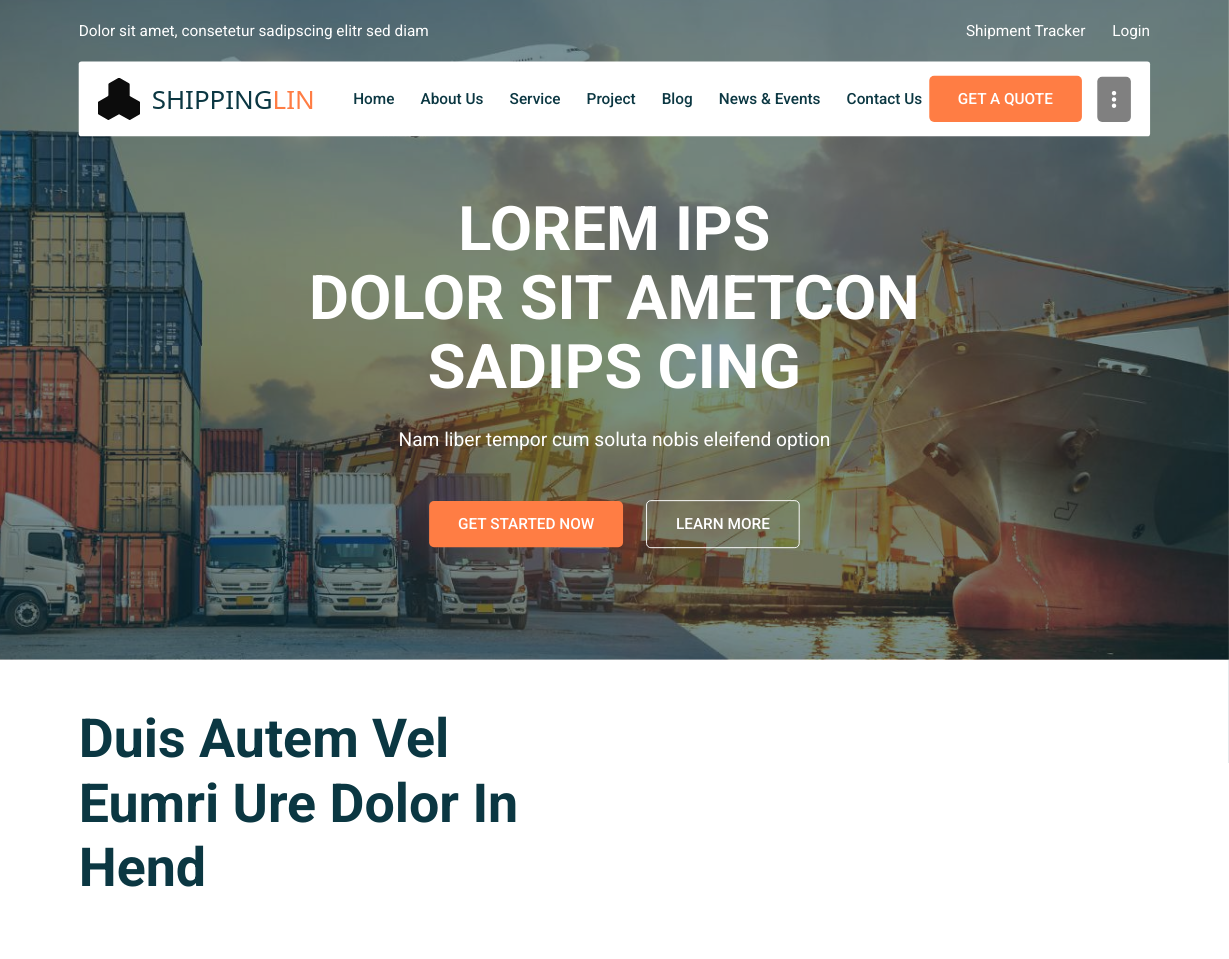
Repository: nazmulalok/shipping-template
Page: index.html
An editor plug-in stored every save of this project. The page is shown before and after the next save, followed by the edit.
The browser window is 1280 px wide. The pictures show the whole page, at 96% of full size.

Above is the page before, as saved 2022-10-03 16:58:21.

### index.html
<!DOCTYPE html>
<html lang="en">

    <head>
        <meta charset="UTF-8">
        <meta http-equiv="X-UA-Compatible" content="IE=edge">
        <meta name="viewport" content="width=device-width, initial-scale=1.0">
        <link rel="preconnect" href="https://fonts.googleapis.com">
        <link rel="preconnect" href="https://fonts.gstatic.com" crossorigin>
        <link
            href="https://fonts.googleapis.com/css2?family=Roboto:ital,wght@0,300;0,400;0,500;0,700;0,900;1,300;1,400;1,500;1,700;1,900&display=swap"
            rel="stylesheet">
        <link rel="stylesheet" href="https://cdnjs.cloudflare.com/ajax/libs/font-awesome/6.2.0/css/all.min.css"
            integrity="sha512-xh6O/CkQoPOWDdYTDqeRdPCVd1SpvCA9XXcUnZS2FmJNp1coAFzvtCN9BmamE+4aHK8yyUHUSCcJHgXloTyT2A=="
            crossorigin="anonymous" referrerpolicy="no-referrer" />
        <link href="https://cdn.jsdelivr.net/npm/bootstrap@5.2.1/dist/css/bootstrap.min.css" rel="stylesheet"
            integrity="sha384-iYQeCzEYFbKjA/T2uDLTpkwGzCiq6soy8tYaI1GyVh/UjpbCx/TYkiZhlZB6+fzT" crossorigin="anonymous">
        <link rel="stylesheet" href="style.css">
        <title>Document</title>
    </head>

    <body>
        <header class="header-top">
            <div class="container">
                <div class="top-bar">
                    <p class="m-0">Dolor sit amet, consetetur sadipscing elitr sed diam</p>
                    <div>
                        <span class="me-4">Shipment Tracker</span>
                        <span>Login</span>
                    </div>
                </div>
                <div class="header-area">
                    <div class="logo">
                        <img src="images/box.svg" alt="Logo Box" class="me-2">
                        <img src="images/shipping-logo.svg" alt="Shipping Logo">
                    </div>
                    <nav>
                        <ul>
                            <li><a href="#">Home</a></li>
                            <li><a href="#">About Us</a></li>
                            <li><a href="#">Service</a></li>
                            <li><a href="#">Project</a></li>
                            <li><a href="#">Blog</a></li>
                            <li><a href="#">News & Events</a></li>
                            <li><a href="#">Contact Us</a></li>
                        </ul>
                    </nav>
                    <div class="nav-btn">
                        <a class="common-btn me-3" href="#">Get A Quote</a>
                        <i class="fa-solid fa-ellipsis-vertical"></i>
                    </div>
                </div>
            </div>
        </header>
        <!-- Slider -->
        <section>
            <div class="main-slider">
                <div class="container">
                    <div class="slide-content">
                        <div class="slide-text">
                            <div class="slider-title mb-4">Lorem ips<br>
                                dolor sit ametcon<br>
                                sadips cing</div>
                            <p>Nam liber tempor cum soluta nobis eleifend option</p>
                            <div class="sliderBtn mt-5"><a class="common-btn me-4" href="#">Get Started Now</a><a
                                    class="common-btn outline-btn" href="#">Learn More</a></div>
                        </div>
                    </div>
                </div>
            </div>
        </section>
        <!-- Slider Ends -->
        <div class="common-sec">
            <div class="container">
                <div class="row align-items-center">
                    <div class="col-lg-6">
                        <h1>Duis Autem Vel Eumri
                            Ure Dolor In Hend</h1>
                    </div>
                    <div class="col-lg-6"></div>
                </div>
            </div>
        </div>














        <script src="https://cdn.jsdelivr.net/npm/@popperjs/core@2.11.6/dist/umd/popper.min.js"
            integrity="sha384-oBqDVmMz9ATKxIep9tiCxS/Z9fNfEXiDAYTujMAeBAsjFuCZSmKbSSUnQlmh/jp3"
            crossorigin="anonymous"></script>
        <script src="https://cdn.jsdelivr.net/npm/bootstrap@5.2.1/dist/js/bootstrap.min.js"
            integrity="sha384-7VPbUDkoPSGFnVtYi0QogXtr74QeVeeIs99Qfg5YCF+TidwNdjvaKZX19NZ/e6oz"
            crossorigin="anonymous"></script>
    </body>

</html>

### style.css
/* Common CSS Starts*/
* {
    margin: 0;
    padding: 0;
}

:root {
    --main-color: #FF7D44;
    --secondary-color: #0B3742;
    --tertiary-color: #FFFFFF;
}

body {
    font-family: 'Roboto', sans-serif;
}

* {
    box-sizing: border-box;
}

a.white-space {
    white-space: nowrap;
}

/* Common CSS Ends */

/* slider style starts */

.main-slider>* {
    z-index: 10;
}

.main-slider {
    background: url(images/shipping-banner.jpg);
    height: 700px;
    width: 100%;
    background-size: cover;
    background-repeat: no-repeat;
    background-position: center;
    position: relative;
    display: flex;
    align-items: center;
    transition: all 1s;
    margin-top: -155px;
    z-index: 50;
}

.main-slider:before {
    content: '';
    width: 100%;
    height: 100%;
    top: 0;
    left: 0;
    position: absolute;
    background-color: rgb(11 55 66 / 55%);
    z-index: 1;
}

.slide-content {
    text-align: center;
}

.slide-text {
    color: var(--tertiary-color);
    padding-top: 100px;
}

.slider-title {
    font-size: 4rem;
    font-weight: 600;
    line-height: 4.5rem;
    text-transform: uppercase;
}

.slide-text p {
    font-size: 20px;
}

a.common-btn {
    display: inline-block;
    text-decoration: none;
    color: var(--tertiary-color);
    background: var(--main-color);
    padding: 12px 30px;
    border-radius: 5px;
    font-size: 16px;
    font-weight: 500;
    text-transform: uppercase;
    transition: all 1s ease;
}

a.common-btn:hover {
    background: var(--tertiary-color);
    color: var(--secondary-color);
}

a.common-btn.outline-btn {
    background: transparent !important;
    border: 1px solid var(--tertiary-color);
}

a.common-btn.outline-btn:hover {
    background: var(--tertiary-color) !important;
}

/* Header style starts */

.header-top {
    z-index: 100;
    background: transparent;
    position: relative;
}

.top-bar,
.header-area {
    display: flex;
    justify-content: space-between;
    align-items: center;
    color: var(--tertiary-color);
}

.top-bar {
    padding: 20px 0px;
}

.header-area {
    background: var(--tertiary-color);
    padding: 15px 20px;
    border-radius: 3px;
}

nav ul {
    list-style-type: none;
    color: var(--secondary-color);
    display: flex;
    gap: 1.7rem;
    margin: 0;
}

nav ul a {
    color: var(--secondary-color);
    text-decoration: none;
    font-size: 16px;
    font-weight: 500;
    transition: all 0.5s;
}

nav ul a:hover {
    color: var(--main-color);
    transition: all 0.5s;
}

.nav-btn {
    align-items: center;
    display: flex;
}

.nav-btn i {
    color: var(--tertiary-color);
    font-size: 21px;
    background: gray;
    padding: 13px 15px;
    border-radius: 5px;
}

/* Headings Styles */

h1 {
    font-size: 56px;
}

h2 {
    font-size: 50px;
}

h3 {
    font-size: 44px;
}

h4 {
    font-size: 38px;
}

h5 {
    font-size: 32px;
}

h6 {
    font-size: 26px;
}

h1,
h2,
h3,
h4,
h5,
h6 {
    font-weight: 700;
    margin-bottom: 10px;
    color: var(--secondary-color);
}

/* Section Styles */

.py-50,
.common-sec {
    padding-top: 50px;
    padding-bottom: 50px;
}

.common-sec {
    position: relative;
    z-index: 0;
}

.common-sec:nth-child(even):before {
    content: "";
    position: absolute;
    width: 1000%;
    height: 100%;
    top: 50%;
    left: 50%;
    transform: translate(-50%, -50%);
    background-color: #f9f9f9;
    border-bottom: 1px solid #f6f6f6;
    z-index: -1;
}

/* Image box style */

.img-box {
    border-radius: 3px;
    transition: 0.5s;
    margin-bottom: 15px;
    text-align: center;
}

.img-box img {
    border-radius: 3px;
}

.img-box:last-child {
    margin-bottom: 0;
}

figure.img-box img+figcaption {
    margin-top: 10px;
    text-align: left;
    padding: 10px;
    border-radius: 3px;
    box-shadow: -5px 5px 20px 0 rgb(0 0 0 / 5%);
}

/* Common Box Styles */

.common-box {
    box-shadow: -5px 5px 20px 0 rgb(0 0 0 / 5%);
    height: 100%;
    background-color: #fff;
    border-radius: 3px;
}

.common-box>.img-box {
    margin-bottom: 0;
}

.common-box .common-heading:last-child,
.common-box p:last-child,
.common-box ul:last-child,
.common-box ul:last-child li:last-child,
.common-box .img-box:last-child {
    margin-bottom: 0;
}

.common-box>.content {
    padding: 10px;
}

After the next save:
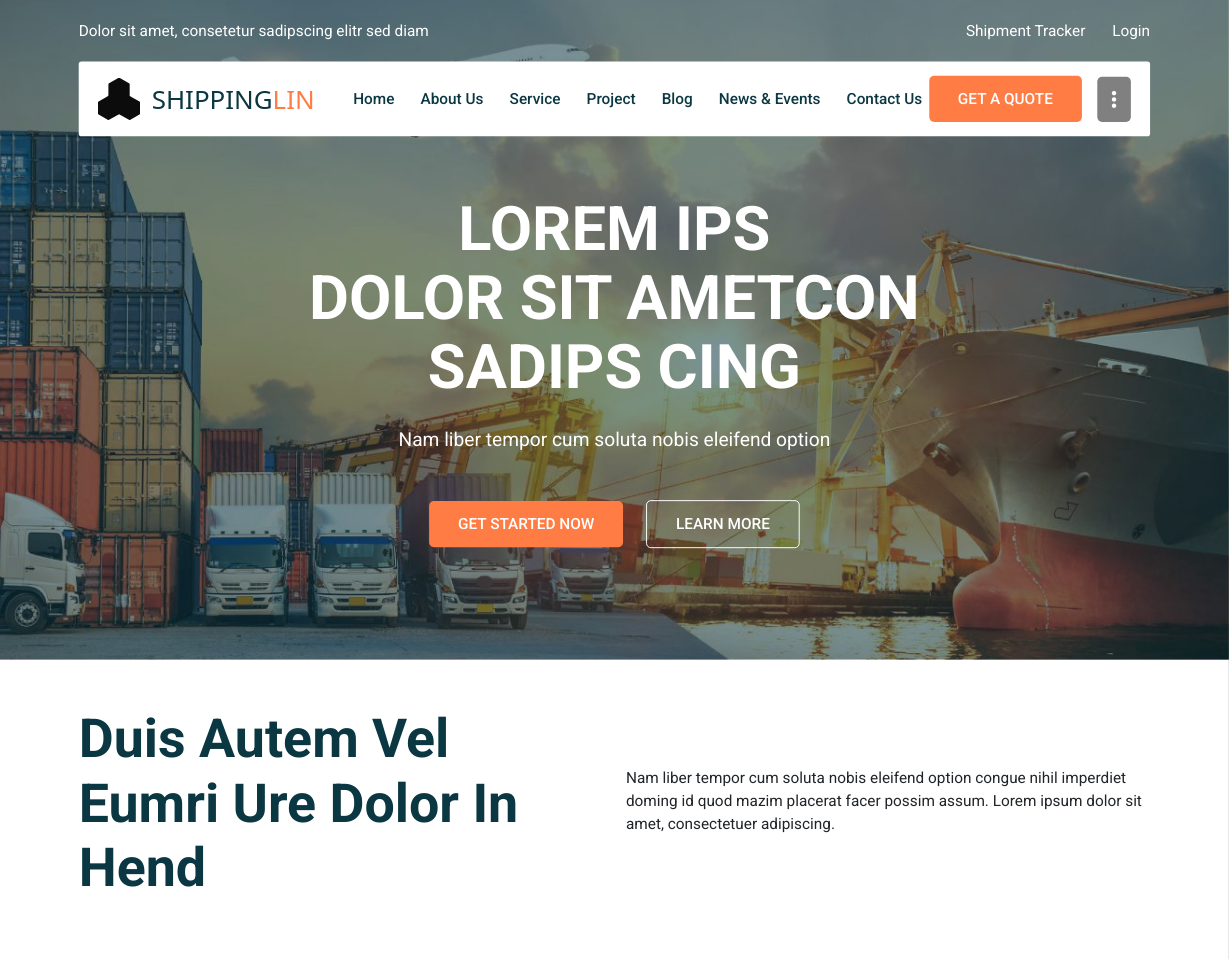
Saved 35 s later.
--- a/index.html
+++ b/index.html
@@ -77,7 +77,10 @@
                         <h1>Duis Autem Vel Eumri
                             Ure Dolor In Hend</h1>
                     </div>
-                    <div class="col-lg-6"></div>
+                    <div class="col-lg-6">
+                        <p>Nam liber tempor cum soluta nobis eleifend option congue nihil imperdiet doming id quod mazim
+                            placerat facer possim assum. Lorem ipsum dolor sit amet, consectetuer adipiscing.</p>
+                    </div>
                 </div>
             </div>
         </div>
